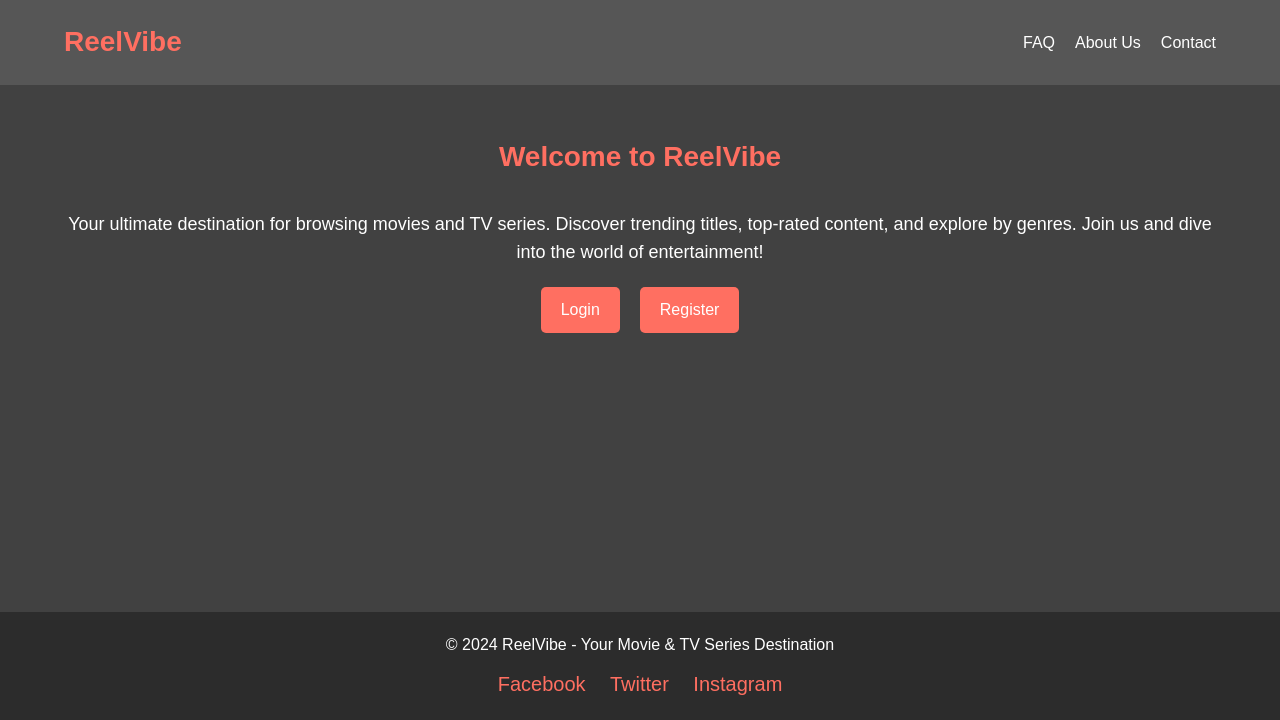
Repository: Szachii/Online-Movie-and-TV-series-browsing-system
Page: http://localhost/movie/welcome.jsp
The author's editor kept a copy of each file at every save. The page is drawn from the files as they stood at one save, then again after the next save.
The browser window is 1280 px wide. The pictures show the whole page.
The page is served by Tomcat 9. Other server files are loaded and not shown.

Above is the page before, as saved 2024-10-14 16:17:55.
Not found: movie/movie/path/to/your/background-image.jpg

### movie/src/main/webapp/welcome.jsp
<%@ page language="java" contentType="text/html; charset=UTF-8"
    pageEncoding="UTF-8"%>

<!DOCTYPE html>
<html lang="en">
<head>
    <meta charset="UTF-8">
    <meta name="viewport" content="width=device-width, initial-scale=1.0">
    <title>Welcome to ReelVibe</title>
    <style>
        * {
            margin: 0;
            padding: 0;
            box-sizing: border-box;
        }
        body {
            font-family: Arial, sans-serif;
            color: #fff;
            line-height: 1.6;
            display: flex;
            flex-direction: column;
            min-height: 100vh;
            position: relative; /* Added for positioning the pseudo-element */
            overflow: hidden; /* Prevents scrollbars due to pseudo-element */
        }
        /* Background image and blur effect */
        body::before {
            content: "";
            position: absolute;
            top: 0;
            left: 0;
            right: 0;
            bottom: 0;
            background-image: url('path/to/your/background-image.jpg'); /* Change the path to your image */
            background-size: cover;
            background-position: center;
            filter: blur(8px); /* Adjust blur level as needed */
            z-index: -1; /* Ensures the background is behind other content */
        }
        .welcome_nav {
            display: flex;
            justify-content: space-between;
            align-items: center;
            padding: 20px 5%;
            background-color: rgba(44, 44, 44, 0.8); /* Added transparency */
        }
        .welcome_nav h1 {
            font-size: 28px;
            color: #ff6f61;
        }
        .welcome_nav_list {
            list-style: none;
            display: flex;
        }
        .welcome_nav_list li {
            margin-left: 20px;
        }
        .welcome_nav_list a {
            color: #fff;
            text-decoration: none;
            font-size: 16px;
        }
        .welcome_nav_list a:hover {
            color: #ff6f61;
        }
        .welcome_content {
            padding: 50px 5%;
            background-color: rgba(18, 18, 18, 0.8); /* Added transparency */
            text-align: center;
            flex: 1;
        }
        .welcome_content h2 {
            margin-bottom: 30px;
            font-size: 28px;
            color: #ff6f61;
        }
        .welcome_content p {
            font-size: 18px;
            margin-bottom: 20px;
        }
        .welcome_buttons {
            display: flex;
            justify-content: center;
            gap: 20px;
        }
        .welcome_buttons a {
            background-color: #ff6f61;
            color: #fff;
            padding: 10px 20px;
            text-decoration: none;
            border-radius: 5px;
            transition: background-color 0.3s ease-in-out;
        }
        .welcome_buttons a:hover {
            background-color: #e65c50;
        }
        footer {
            background-color: #2c2c2c;
            text-align: center;
            padding: 20px 0;
            color: #fff;
            margin-top: auto;
        }
        .social_links {
            margin-top: 10px;
        }
        .social_links a {
            color: #ff6f61;
            margin: 0 10px;
            text-decoration: none;
            font-size: 20px;
        }
    </style>
</head>
<body>
    <nav class="welcome_nav">
        <h1>ReelVibe</h1>
        <ul class="welcome_nav_list">
            <li><a href="faq.jsp">FAQ</a></li>
            <li><a href="about.jsp">About Us</a></li>
            <li><a href="contact.jsp">Contact</a></li>
        </ul>
    </nav>
    <div class="welcome_content">
        <h2>Welcome to ReelVibe</h2>
        <p>Your ultimate destination for browsing movies and TV series. Discover trending titles, top-rated content, and explore by genres. Join us and dive into the world of entertainment!</p>
        <div class="welcome_buttons">
            <a href="login.jsp">Login</a>
            <a href="register.jsp">Register</a>
        </div>
    </div>
    <footer>
        <p>© 2024 ReelVibe - Your Movie & TV Series Destination</p>
        <div class="social_links">
            <a href="https://www.facebook.com" target="_blank">Facebook</a>
            <a href="https://www.twitter.com" target="_blank">Twitter</a>
            <a href="https://www.instagram.com" target="_blank">Instagram</a>
        </div>
    </footer>
</body>
</html>

After the next save:
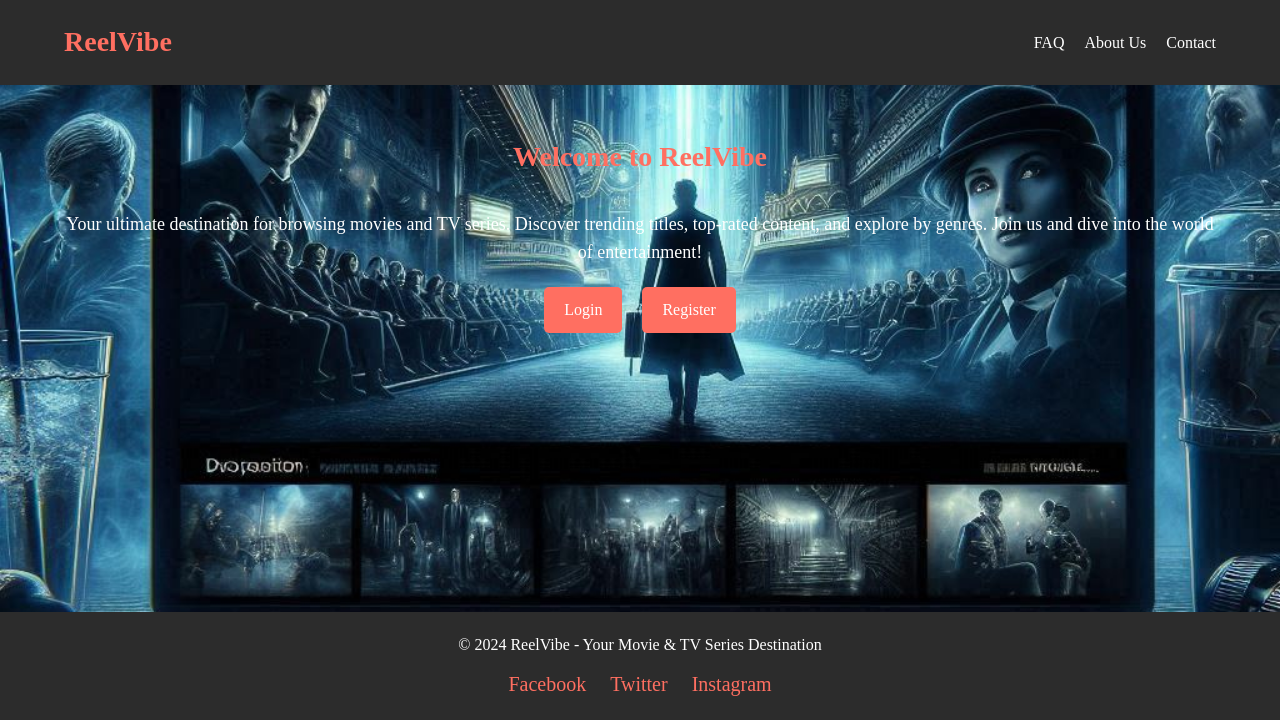
Saved 2 min 21 s later.
--- a/movie/src/main/webapp/welcome.jsp
+++ b/movie/src/main/webapp/welcome.jsp
@@ -1,5 +1,6 @@
 <%@ page language="java" contentType="text/html; charset=UTF-8"
     pageEncoding="UTF-8"%>
+
 
 <!DOCTYPE html>
 <html lang="en">
@@ -14,35 +15,21 @@
             box-sizing: border-box;
         }
         body {
+        	back
             font-family: Arial, sans-serif;
+            background-color: #1c1c1c;
             color: #fff;
             line-height: 1.6;
             display: flex;
             flex-direction: column;
             min-height: 100vh;
-            position: relative; /* Added for positioning the pseudo-element */
-            overflow: hidden; /* Prevents scrollbars due to pseudo-element */
-        }
-        /* Background image and blur effect */
-        body::before {
-            content: "";
-            position: absolute;
-            top: 0;
-            left: 0;
-            right: 0;
-            bottom: 0;
-            background-image: url('path/to/your/background-image.jpg'); /* Change the path to your image */
-            background-size: cover;
-            background-position: center;
-            filter: blur(8px); /* Adjust blur level as needed */
-            z-index: -1; /* Ensures the background is behind other content */
         }
         .welcome_nav {
             display: flex;
             justify-content: space-between;
             align-items: center;
             padding: 20px 5%;
-            background-color: rgba(44, 44, 44, 0.8); /* Added transparency */
+            background-color: #2c2c2c;
         }
         .welcome_nav h1 {
             font-size: 28px;
@@ -64,8 +51,9 @@
             color: #ff6f61;
         }
         .welcome_content {
+        	background: url('image/bc4.jpg') no-repeat center center/cover;
             padding: 50px 5%;
-            background-color: rgba(18, 18, 18, 0.8); /* Added transparency */
+            background-color: #121212;
             text-align: center;
             flex: 1;
         }
